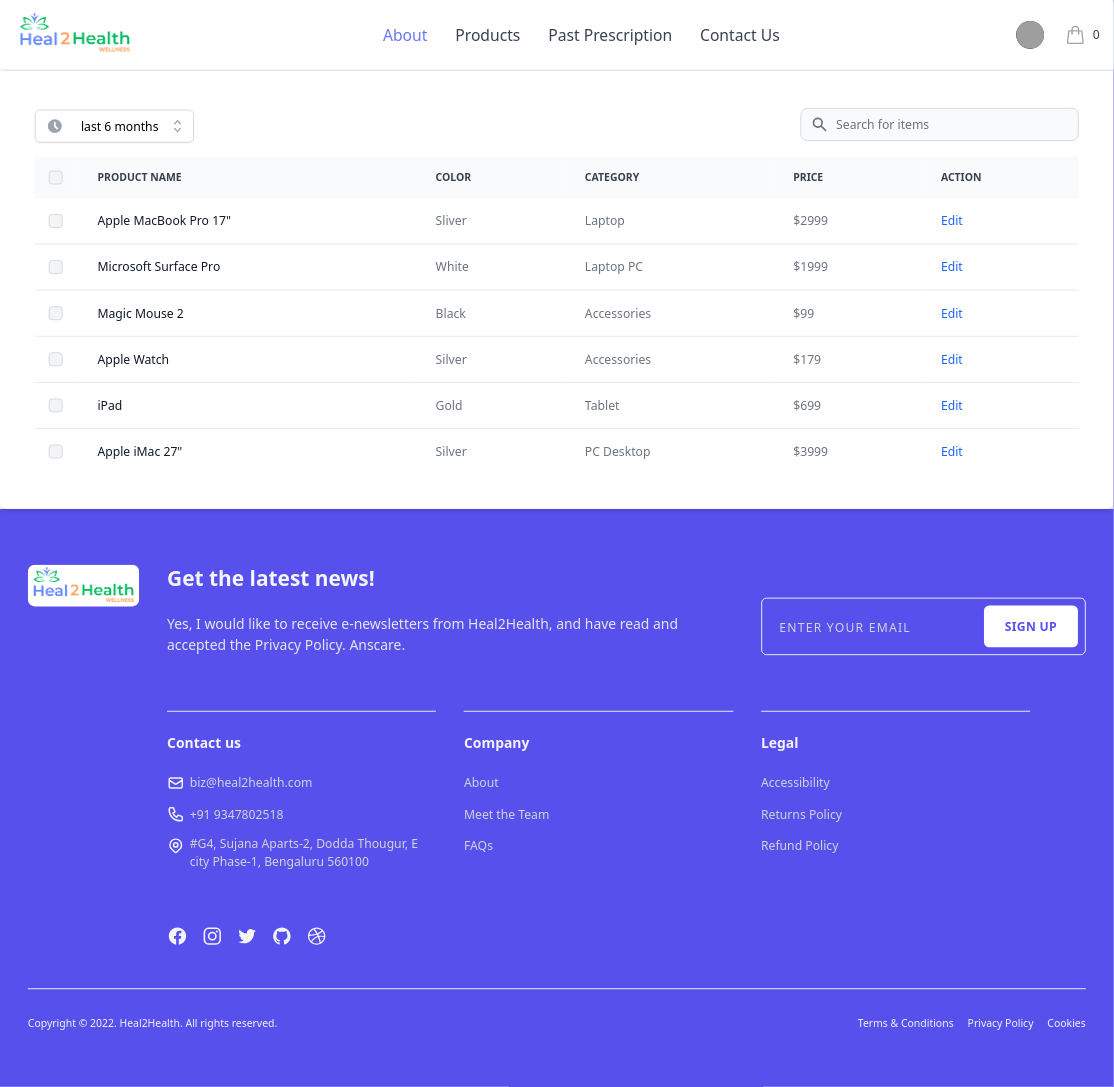
Repository: Akash123-coder/H2H
Page: /PastPrescription (app in Frontend/)
The author's editor kept a copy of each file at every save. The page is drawn from the files as they stood at one save, then again after the next save.
The browser window is 1280 px wide. The pictures show the whole page, at 87% of full size.
Pictures or frames that could not be fetched are drawn as grey boxes. The project was rebuilt for these pictures with package versions that can differ from the ones it lists, and the page was loaded fresh each time. Also part of the build but not shown: Frontend/vite.config.ts, Frontend/src/pages/About.tsx, Frontend/src/components/Cta.jsx, Frontend/src/pages/Home.jsx, Frontend/src/components/Buttonsm.tsx, Frontend/src/components/Buttonrm.tsx, Frontend/src/components/Product.tsx, Frontend/src/pages/Prescription.jsx and 2 more.

Above is the page before, as saved 2022-09-28 17:13:36.

### Frontend/index.html
<!DOCTYPE html>
<html lang="en">
  <head>
    <meta charset="UTF-8" />
    <link rel="icon" type="image/svg+xml" href="/vite.svg" />
    <meta name="viewport" content="width=device-width, initial-scale=1.0" />
    <title>Heal2Health</title>
  </head>
  <body>
    <div id="root"></div>
    <script type="module" src="/src/main.tsx"></script>
  </body>
</html>

### Frontend/src/main.tsx
import React from 'react'
import ReactDOM from 'react-dom/client'
import App from './App'
import './index.css'
import {BrowserRouter} from 'react-router-dom'

ReactDOM.createRoot(document.getElementById('root') as HTMLElement).render(
  <React.StrictMode>
    <BrowserRouter>
    <App />
    </BrowserRouter>
  </React.StrictMode>
)

### Frontend/src/App.jsx
import { Routes, Route } from "react-router-dom";
import Navbar from "./components/Navbar.jsx";
import { ShoppingCartProvider } from "./context/ShoppingCartContext";
import About from "./pages/About";
import Home from "./pages/Home";
import Prescription from "./pages/Prescription";
import SignUp from "./pages/SignUp";
import Footer from "./components/Footer";
import Login from "./pages/Login";
// import CompanyNameSelect from "./pages/CompanyNameSelect.jsx";
import PastPrescription from "./pages/PastPrescription.jsx";

function App() {
  return (
    <ShoppingCartProvider>
      <Navbar />
      <Routes>
        <Route path="/" element={<Home />} />
        <Route path="/prescription" element={<Prescription />} />
        <Route path="/about" element={<About />} />
        <Route path="/login" element={<Login />} />
        <Route path="/SignUp" element={<SignUp />} />
        <Route path="/PastPrescription" element={<PastPrescription />} />
        {/* <Route path="/SignUp" element={<CompanyNameSelect />} /> */}
      </Routes>
      <Footer />
    </ShoppingCartProvider>
  );
}

export default App;

### Frontend/src/context/ShoppingCartContext.tsx
import {useContext ,useState, createContext ,ReactNode} from 'react'

const ShoppingCartContext = createContext({})

type ShoppingCartProviderProps ={
    children: ReactNode
}
type CartItem = {
    id: number
    quantity:number
}


type ShoppingCartContext ={
    CartQuantity:number
    CartItems:CartItem[]
    getItemQuantity:(id: number) => number
    increaseItemQuantity:(id: number) => void
    decreaseItemQuantity:(id: number) => void
    removeFromCart:(id: number) => void
}

export function useShoppingCart() {
  return ( useContext(ShoppingCartContext)
  )
}

export function ShoppingCartProvider({children}:ShoppingCartProviderProps){
    const [cartItems ,setCartItems] = useState<CartItem>([]);

    const CartQuantity = cartItems.reduce(
        (quantity ,item) => item.quantity + quantity,0
    )

    function getItemQuantity(id : number){
        return cartItems.find( item => item.id === id)?.quantity || 0
    }
    function increaseItemQuantity(id : number){
         setCartItems(currItems =>{
            if(currItems.find(item => item.id === id)==null){
                return [...currItems, {id , quantity : 1}]

            } else {
                return currItems.map(item =>{
                    if(item.id === id ){
                        return {...item ,quantity: item.quantity + 1}
                    }else{
                        return item
                    }
                })
            }
         })
    }
    function decreaseItemQuantity(id: number) {
        setCartItems(currItems => {
          if (currItems.find(item => item.id === id)?.quantity === 1) {
            return currItems.filter(item => item.id !== id)
          } else {
            return currItems.map(item => {
              if (item.id === id) {
                return { ...item, quantity: item.quantity - 1 }
              } else {
                return item
              }
            })
          }
        })
      }
    function removeFromCart(id : number){
        setCartItems(currItems =>{
            return currItems.filter(item =>item.id!==id)
        })
    }
    return (

        <ShoppingCartContext.Provider value = {{getItemQuantity,increaseItemQuantity,decreaseItemQuantity ,removeFromCart,cartItems,CartQuantity}}>
            {children}
        </ShoppingCartContext.Provider>
    )
}

### Frontend/src/pages/PastPrescription.jsx
import React from 'react'
import Select from '../components/Select';

function PastPrescription() {
  return (
    <div>
      <div class="overflow-x-auto relative shadow-md sm:rounded-lg p-10">
        <div class="flex justify-between items-center pb-4">
          <Select/>
          <label for="table-search" class="sr-only">
            Search
          </label>
          <div class="relative">
            <div class="flex absolute inset-y-0 left-0 items-center pl-3 pointer-events-none">
              <svg
                class="w-5 h-5 text-gray-500 dark:text-gray-400"
                aria-hidden="true"
                fill="currentColor"
                viewBox="0 0 20 20"
                xmlns="http://www.w3.org/2000/svg"
              >
                <path
                  fill-rule="evenodd"
                  d="M8 4a4 4 0 100 8 4 4 0 000-8zM2 8a6 6 0 1110.89 3.476l4.817 4.817a1 1 0 01-1.414 1.414l-4.816-4.816A6 6 0 012 8z"
                  clip-rule="evenodd"
                ></path>
              </svg>
            </div>
            <input
              type="text"
              id="table-search"
              class="block p-2 pl-10 w-80 text-sm text-gray-900 bg-gray-50 rounded-lg border border-gray-300 focus:ring-blue-500 focus:border-blue-500 dark:bg-gray-700 dark:border-gray-600 dark:placeholder-gray-400 dark:text-white dark:focus:ring-blue-500 dark:focus:border-blue-500"
              placeholder="Search for items"
            />
          </div>
        </div>
        <table class="w-full text-sm text-left text-gray-500 dark:text-gray-400">
          <thead class="text-xs text-gray-700 uppercase bg-gray-50 dark:bg-gray-700 dark:text-gray-400">
            <tr>
              <th scope="col" class="p-4">
                <div class="flex items-center">
                  <input
                    id="checkbox-all-search"
                    type="checkbox"
                    class="w-4 h-4 text-blue-600 bg-gray-100 rounded border-gray-300 focus:ring-blue-500 dark:focus:ring-blue-600 dark:ring-offset-gray-800 focus:ring-2 dark:bg-gray-700 dark:border-gray-600"
                  />
                  <label for="checkbox-all-search" class="sr-only">
                    checkbox
                  </label>
                </div>
              </th>
              <th scope="col" class="py-3 px-6">
                Product name
              </th>
              <th scope="col" class="py-3 px-6">
                Color
              </th>
              <th scope="col" class="py-3 px-6">
                Category
              </th>
              <th scope="col" class="py-3 px-6">
                Price
              </th>
              <th scope="col" class="py-3 px-6">
                Action
              </th>
            </tr>
          </thead>
          <tbody>
            <tr class="bg-white border-b dark:bg-gray-800 dark:border-gray-700 hover:bg-gray-50 dark:hover:bg-gray-600">
              <td class="p-4 w-4">
                <div class="flex items-center">
                  <input
                    id="checkbox-table-search-1"
                    type="checkbox"
                    class="w-4 h-4 text-blue-600 bg-gray-100 rounded border-gray-300 focus:ring-blue-500 dark:focus:ring-blue-600 dark:ring-offset-gray-800 focus:ring-2 dark:bg-gray-700 dark:border-gray-600"
                  />
                  <label for="checkbox-table-search-1" class="sr-only">
                    checkbox
                  </label>
                </div>
              </td>
              <th
                scope="row"
                class="py-4 px-6 font-medium text-gray-900 whitespace-nowrap dark:text-white"
              >
                Apple MacBook Pro 17"
              </th>
              <td class="py-4 px-6">Sliver</td>
              <td class="py-4 px-6">Laptop</td>
              <td class="py-4 px-6">$2999</td>
              <td class="py-4 px-6">
                <a
                  href="#"
                  class="font-medium text-blue-600 dark:text-blue-500 hover:underline"
                >
                  Edit
                </a>
              </td>
            </tr>
            <tr class="bg-white border-b dark:bg-gray-800 dark:border-gray-700 hover:bg-gray-50 dark:hover:bg-gray-600">
              <td class="p-4 w-4">
                <div class="flex items-center">
                  <input
                    id="checkbox-table-search-2"
                    type="checkbox"
                    class="w-4 h-4 text-blue-600 bg-gray-100 rounded border-gray-300 focus:ring-blue-500 dark:focus:ring-blue-600 dark:ring-offset-gray-800 focus:ring-2 dark:bg-gray-700 dark:border-gray-600"
                  />
                  <label for="checkbox-table-search-2" class="sr-only">
                    checkbox
                  </label>
                </div>
              </td>
              <th
                scope="row"
                class="py-4 px-6 font-medium text-gray-900 whitespace-nowrap dark:text-white"
              >
                Microsoft Surface Pro
              </th>
              <td class="py-4 px-6">White</td>
              <td class="py-4 px-6">Laptop PC</td>
              <td class="py-4 px-6">$1999</td>
              <td class="py-4 px-6">
                <a
                  href="#"
                  class="font-medium text-blue-600 dark:text-blue-500 hover:underline"
                >
                  Edit
                </a>
              </td>
            </tr>
            <tr class="bg-white border-b dark:bg-gray-800 dark:border-gray-700 hover:bg-gray-50 dark:hover:bg-gray-600">
              <td class="p-4 w-4">
                <div class="flex items-center">
                  <input
                    id="checkbox-table-search-3"
                    type="checkbox"
                    class="w-4 h-4 text-blue-600 bg-gray-100 rounded border-gray-300 focus:ring-blue-500 dark:focus:ring-blue-600 dark:ring-offset-gray-800 focus:ring-2 dark:bg-gray-700 dark:border-gray-600"
                  />
                  <label for="checkbox-table-search-3" class="sr-only">
                    checkbox
                  </label>
                </div>
              </td>
              <th
                scope="row"
                class="py-4 px-6 font-medium text-gray-900 whitespace-nowrap dark:text-white"
              >
                Magic Mouse 2
              </th>
              <td class="py-4 px-6">Black</td>
              <td class="py-4 px-6">Accessories</td>
              <td class="py-4 px-6">$99</td>
              <td class="py-4 px-6">
                <a
                  href="#"
                  class="font-medium text-blue-600 dark:text-blue-500 hover:underline"
                >
                  Edit
                </a>
              </td>
            </tr>
            <tr class="bg-white border-b dark:bg-gray-800 dark:border-gray-700 hover:bg-gray-50 dark:hover:bg-gray-600">
              <td class="p-4 w-4">
                <div class="flex items-center">
                  <input
                    id="checkbox-table-3"
                    type="checkbox"
                    class="w-4 h-4 text-blue-600 bg-gray-100 rounded border-gray-300 focus:ring-blue-500 dark:focus:ring-blue-600 dark:ring-offset-gray-800 focus:ring-2 dark:bg-gray-700 dark:border-gray-600"
                  />
                  <label for="checkbox-table-3" class="sr-only">
                    checkbox
                  </label>
                </div>
              </td>
              <th
                scope="row"
                class="py-4 px-6 font-medium text-gray-900 whitespace-nowrap dark:text-white"
              >
                Apple Watch
              </th>
              <td class="py-4 px-6">Silver</td>
              <td class="py-4 px-6">Accessories</td>
              <td class="py-4 px-6">$179</td>
              <td class="py-4 px-6">
                <a
                  href="#"
                  class="font-medium text-blue-600 dark:text-blue-500 hover:underline"
                >
                  Edit
                </a>
              </td>
            </tr>
            <tr class="bg-white border-b dark:bg-gray-800 dark:border-gray-700 hover:bg-gray-50 dark:hover:bg-gray-600">
              <td class="p-4 w-4">
                <div class="flex items-center">
                  <input
                    id="checkbox-table-3"
                    type="checkbox"
                    class="w-4 h-4 text-blue-600 bg-gray-100 rounded border-gray-300 focus:ring-blue-500 dark:focus:ring-blue-600 dark:ring-offset-gray-800 focus:ring-2 dark:bg-gray-700 dark:border-gray-600"
                  />
                  <label for="checkbox-table-3" class="sr-only">
                    checkbox
                  </label>
                </div>
              </td>
              <th
                scope="row"
                class="py-4 px-6 font-medium text-gray-900 whitespace-nowrap dark:text-white"
              >
                iPad
              </th>
              <td class="py-4 px-6">Gold</td>
              <td class="py-4 px-6">Tablet</td>
              <td class="py-4 px-6">$699</td>
              <td class="py-4 px-6">
                <a
                  href="#"
                  class="font-medium text-blue-600 dark:text-blue-500 hover:underline"
                >
                  Edit
                </a>
              </td>
            </tr>
            <tr class="bg-white dark:bg-gray-800 hover:bg-gray-50 dark:hover:bg-gray-600">
              <td class="p-4 w-4">
                <div class="flex items-center">
                  <input
                    id="checkbox-table-3"
                    type="checkbox"
                    class="w-4 h-4 text-blue-600 bg-gray-100 rounded border-gray-300 focus:ring-blue-500 dark:focus:ring-blue-600 dark:ring-offset-gray-800 focus:ring-2 dark:bg-gray-700 dark:border-gray-600"
                  />
                  <label for="checkbox-table-3" class="sr-only">
                    checkbox
                  </label>
                </div>
              </td>
              <th
                scope="row"
                class="py-4 px-6 font-medium text-gray-900 whitespace-nowrap dark:text-white"
              >
                Apple iMac 27"
              </th>
              <td class="py-4 px-6">Silver</td>
              <td class="py-4 px-6">PC Desktop</td>
              <td class="py-4 px-6">$3999</td>
              <td class="py-4 px-6">
                <a
                  href="#"
                  class="font-medium text-blue-600 dark:text-blue-500 hover:underline"
                >
                  Edit
                </a>
              </td>
            </tr>
          </tbody>
        </table>
      </div>
    </div>
  );
}

export default PastPrescription

### Frontend/src/components/Select.jsx
/* This example requires Tailwind CSS v2.0+ */
import { Fragment, useState } from "react";
import { Listbox, Transition } from "@headlessui/react";
import { CheckIcon, ChevronUpDownIcon } from "@heroicons/react/20/solid";

const people = [
  {
    id: 1,
    name: " last 30 days",
  },
  {
    id: 2,
    name: "last day",
    avatar:
      "https://images.unsplash.com/photo-1550525811-e5869dd03032?ixlib=rb-1.2.1&auto=format&fit=facearea&facepad=2&w=256&h=256&q=80",
  },
  {
    id: 3,
    name: "last 7 days",
    avatar:
      "https://images.unsplash.com/photo-1500648767791-00dcc994a43e?ixlib=rb-1.2.1&ixid=eyJhcHBfaWQiOjEyMDd9&auto=format&fit=facearea&facepad=2.25&w=256&h=256&q=80",
  },
  {
    id: 4,
    name: "last 6 months",
    avatar:
      "https://images.unsplash.com/photo-1472099645785-5658abf4ff4e?ixlib=rb-1.2.1&ixid=eyJhcHBfaWQiOjEyMDd9&auto=format&fit=facearea&facepad=2&w=256&h=256&q=80",
  },
];

function classNames(...classes) {
  return classes.filter(Boolean).join(" ");
}

export default function Select() {
  const [selected, setSelected] = useState(people[3]);

  return (
    <Listbox value={selected} onChange={setSelected}>
      {({ open }) => (
        <>
          <div className="relative mt-1">
            <Listbox.Button className="relative w-full  cursor-default rounded-md border border-gray-300 bg-white py-2 pl-3 pr-10 text-left shadow-sm focus:border-indigo-500 focus:outline-none focus:ring-1 focus:ring-indigo-500 sm:text-sm">
              <span className="flex items-center">
                <svg
                  class="mr-2 w-5 h-5 text-gray-400"
                  aria-hidden="true"
                  fill="currentColor"
                  viewBox="0 0 20 20"
                  xmlns="http://www.w3.org/2000/svg"
                >
                  <path
                    fill-rule="evenodd"
                    d="M10 18a8 8 0 100-16 8 8 0 000 16zm1-12a1 1 0 10-2 0v4a1 1 0 00.293.707l2.828 2.829a1 1 0 101.415-1.415L11 9.586V6z"
                    clip-rule="evenodd"
                  ></path>
                </svg>
                <span className="ml-3 block truncate">{selected.name}</span>
              </span>
              <span className="pointer-events-none absolute inset-y-0 right-0 ml-3 flex items-center pr-2">
                <ChevronUpDownIcon
                  className="h-5 w-5 text-gray-400"
                  aria-hidden="true"
                />
              </span>
            </Listbox.Button>

            <Transition
              show={open}
              as={Fragment}
              leave="transition ease-in duration-100"
              leaveFrom="opacity-100"
              leaveTo="opacity-0"
            >
              <Listbox.Options className="absolute z-10 mt-1 max-h-56 w-full overflow-auto rounded-md bg-white py-1 text-base shadow-lg ring-1 ring-black ring-opacity-5 focus:outline-none sm:text-sm">
                {people.map((person) => (
                  <Listbox.Option
                    key={person.id}
                    className={({ active }) =>
                      classNames(
                        active ? "text-white bg-indigo-600" : "text-gray-900",
                        "relative cursor-default select-none py-2 pl-3 pr-9"
                      )
                    }
                    value={person}
                  >
                    {({ selected, active }) => (
                      <>
                        <div className="flex items-center">

                          <span
                            className={classNames(
                              selected ? "font-semibold" : "font-normal",
                              "ml-3 block truncate"
                            )}
                          >
                            {person.name}
                          </span>
                        </div>

                        {selected ? (
                          <span
                            className={classNames(
                              active ? "text-white" : "text-indigo-600",
                              "absolute inset-y-0 right-0 flex items-center pr-4"
                            )}
                          >
                            <CheckIcon className="h-5 w-5" aria-hidden="true" />
                          </span>
                        ) : null}
                      </>
                    )}
                  </Listbox.Option>
                ))}
              </Listbox.Options>
            </Transition>
          </div>
        </>
      )}
    </Listbox>
  );
}

### Frontend/tailwind.config.cjs
/** @type {import('tailwindcss').Config} */
module.exports = {
  content: [
    "./src/**/*.{js,jsx,ts,tsx}",
    "node_modules/flowbite-react/**/*.{js,jsx,ts,tsx}",
  ],
  theme: {
    extend: {},
  },
  plugins: [require("flowbite/plugin"), require("@tailwindcss/forms")],
};

Loaded but not shown: Frontend/src/index.css (common file); Frontend/src/components/Footer.jsx (300 lines, source omitted); Frontend/src/pages/Cart.jsx (227 lines, source omitted); Frontend/src/components/Navbar.jsx (182 lines, source omitted)

After the next save:
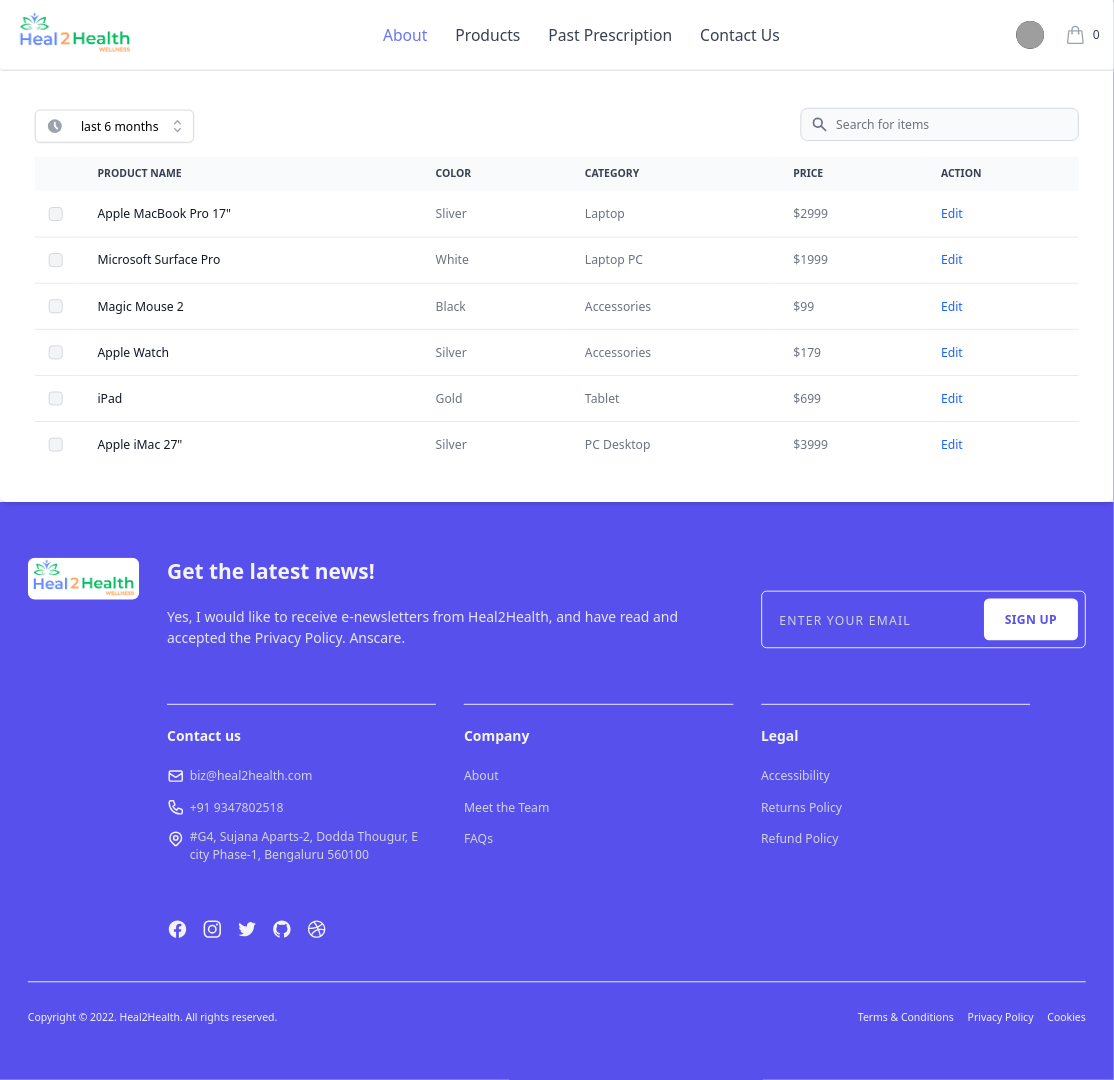
Saved 2 min 11 s later.
--- a/Frontend/src/pages/PastPrescription.jsx
+++ b/Frontend/src/pages/PastPrescription.jsx
@@ -39,11 +39,7 @@
             <tr>
               <th scope="col" class="p-4">
                 <div class="flex items-center">
-                  <input
-                    id="checkbox-all-search"
-                    type="checkbox"
-                    class="w-4 h-4 text-blue-600 bg-gray-100 rounded border-gray-300 focus:ring-blue-500 dark:focus:ring-blue-600 dark:ring-offset-gray-800 focus:ring-2 dark:bg-gray-700 dark:border-gray-600"
-                  />
+
                   <label for="checkbox-all-search" class="sr-only">
                     checkbox
                   </label>
